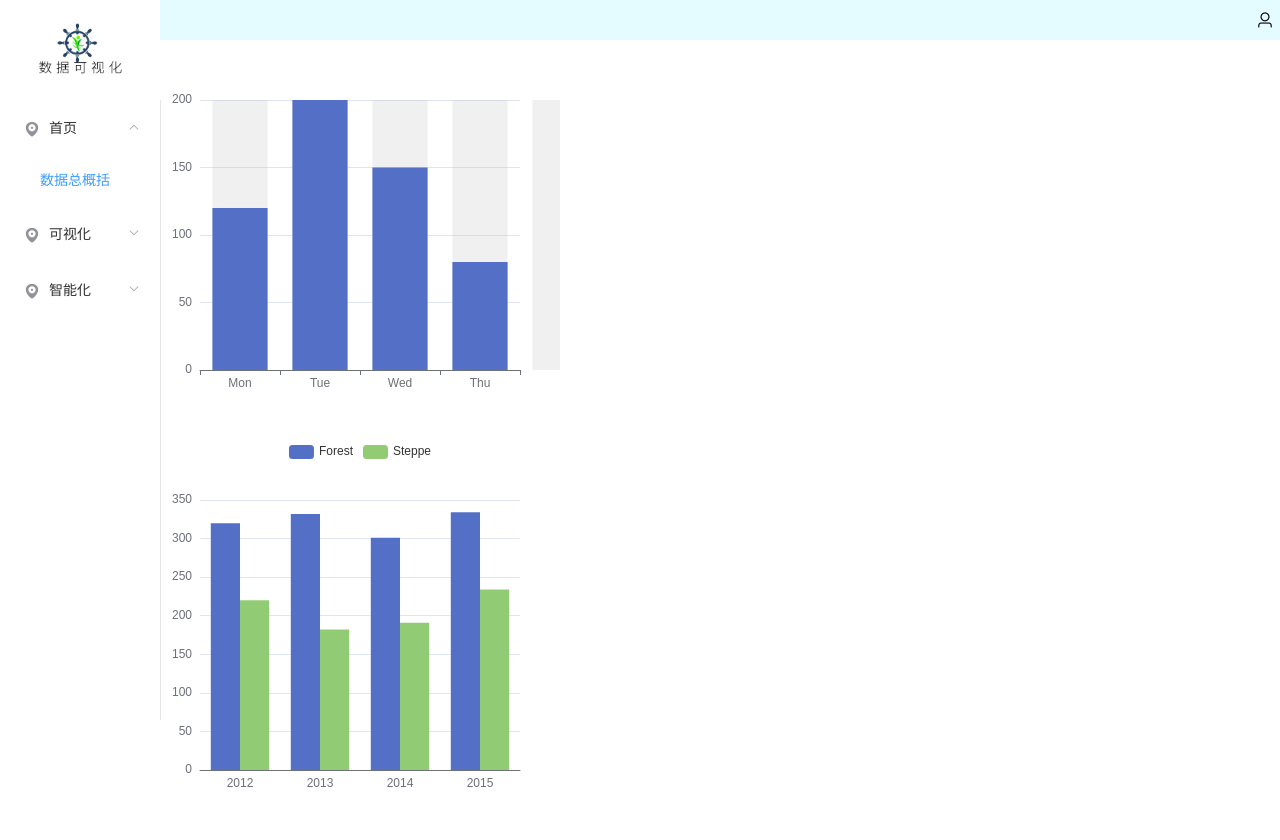
Repository: FoSuCloud/lianjia-vue
Page: /#/home/list
These files come from the project's save history. The page is drawn as it stood at one moment and after the next save; the edit follows.
The browser window is 1280 px wide. The pictures show the whole page.
The project was rebuilt for these pictures with package versions that can differ from the ones it lists, and the page was loaded fresh each time. Also part of the build but not shown: vue.config.js.

Above is the page before, as saved 2021-03-27 21:46:49.

After the next save:
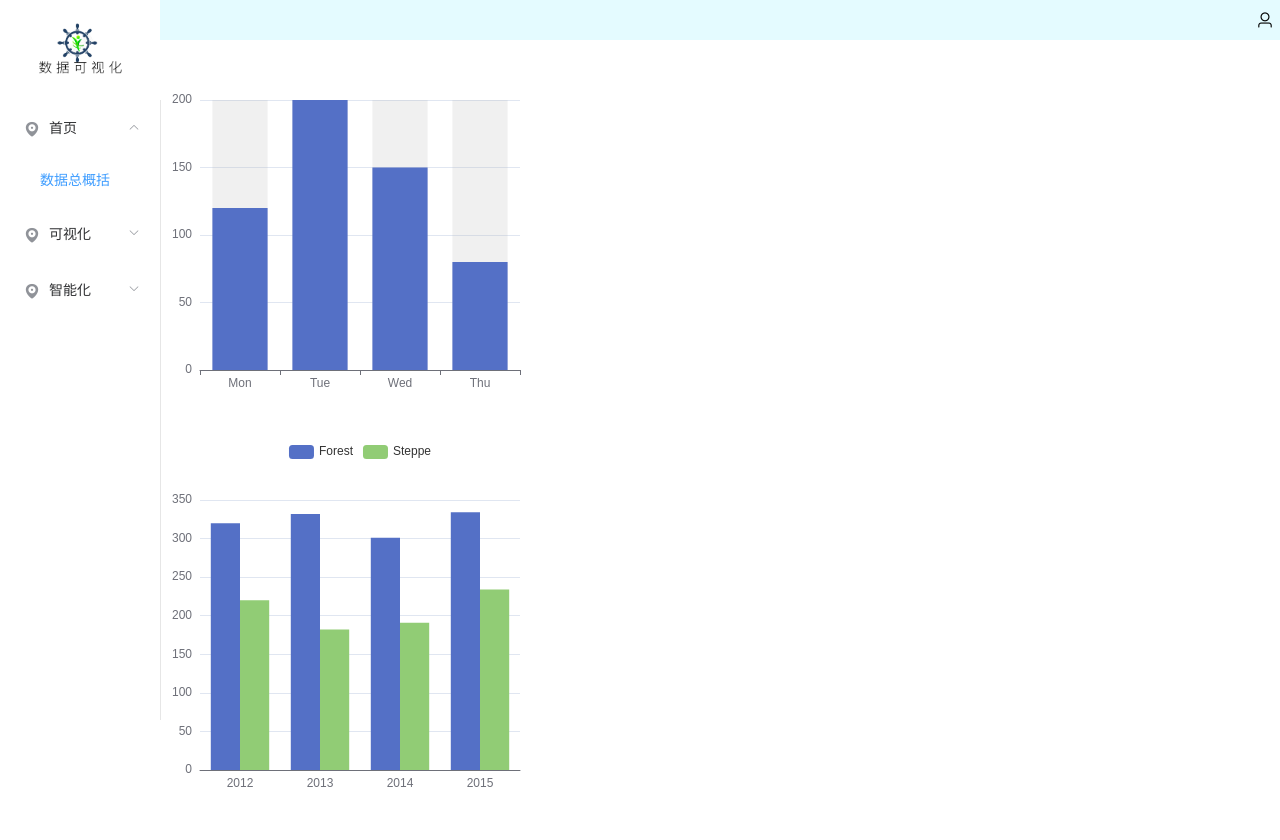
Saved 28 s later.
--- a/src/views/home/Home.vue
+++ b/src/views/home/Home.vue
@@ -30,7 +30,7 @@ export default {
         },
         series: [
           {
-            data: [120, 200, 150, 80, 70, 110, 130],
+            data: [120, 200, 150, 80],
             type: "bar",
             showBackground: true,
             backgroundStyle: {
